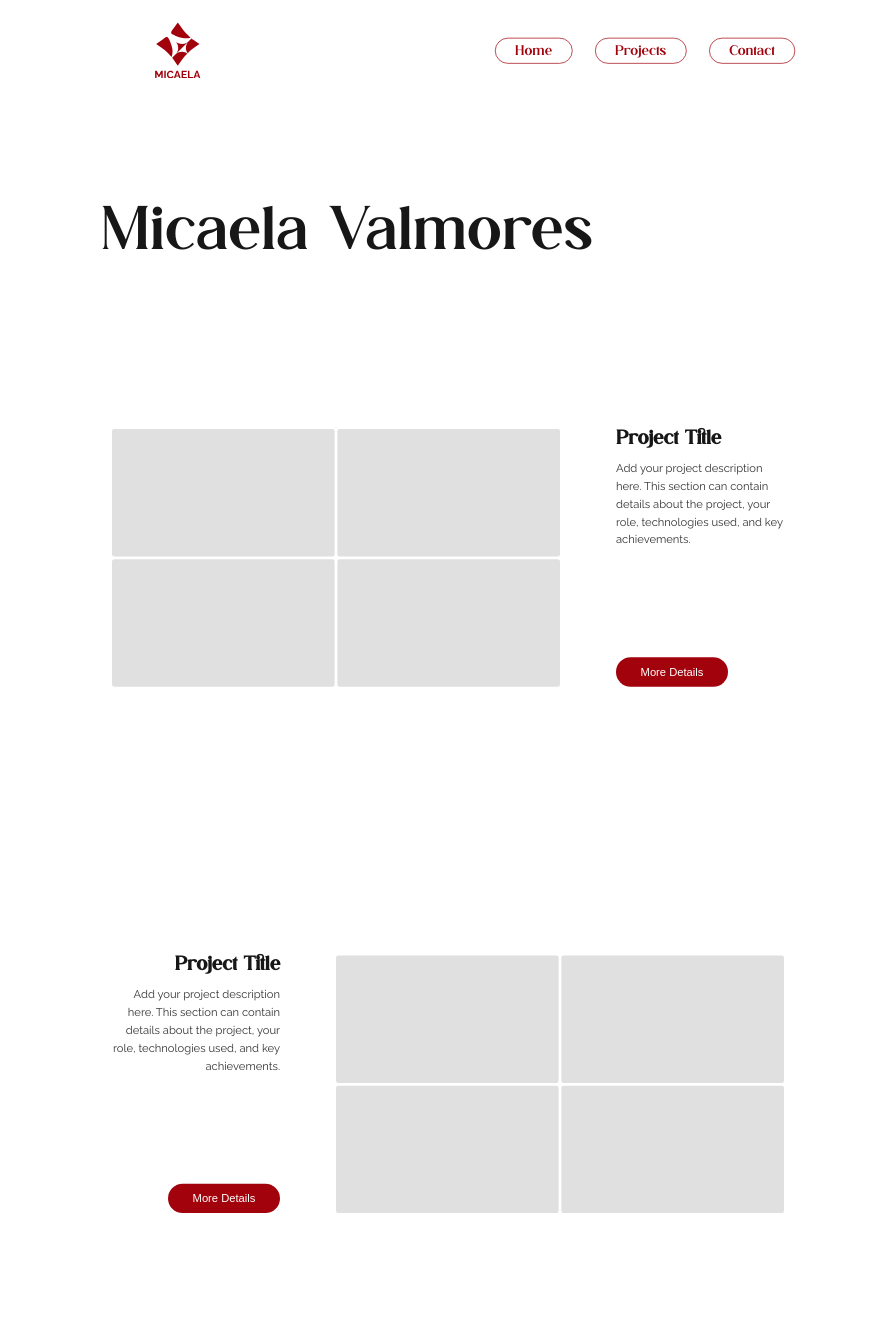
Repository: Micaelavalmores/Micaela-Portfolio
Page: /home-page
An editor plug-in stored every save of this project. The page is shown before and after the next save, followed by the edit.
The browser window is 1280 px wide. The pictures show the part of the page from y = 0 to 1920 px (the page is 3445 px tall before and 3429 px after), at 70% of full size.
The project was rebuilt for these pictures with package versions that can differ from the ones it lists, and the page was loaded fresh each time. The framework's server and built-in components were replaced by stand-ins that run in the browser. Also part of the build but not shown: next.config.mjs.

Above is the page before, as saved 2026-01-27 12:52:48.

### app/layout.js

import { Geist } from "next/font/google";
import { Raleway } from "next/font/google";
import "./globals.css";

const geistSans = Geist({
  variable: "--font-geist-sans",
  subsets: ["latin"],
});

const raleway = Raleway({
  variable: "--font-raleway",
  subsets: ["latin"],
});



export const metadata = {
  title: "Micaela Valmores",
  description: "Generated by create next app",
  icons: {
    icon: "/logos/micaela-logo.svg",
  },
};

export default function RootLayout({ children }) {
  return (
    <html lang="en">
      <body className={`${raleway.variable}`}>
        {children}
      </body>
    </html>
  );
}

### app/home-page/page.js
import Link from 'next/link'
import styles from '../page.module.css'
import FtProj from '../components/FtProj'
import Navbar from '../components/Navbar'

export default function HomePage() {
  return (
    <main className={styles.page}>
      <nav className='Nav-bar'>
        </nav>
      <Navbar />
      <div className={styles['intro-sec']}>
        <h1>Micaela Valmores</h1>
      </div>
      <div className={styles['Proj-sec']}>
        <FtProj reversed={false}/>
        <FtProj reversed={true} />
        <FtProj reversed={false}/>
        <FtProj reversed={true} />
      </div>
    </main>
  )
}

### app/globals.css
:root {
  --background: #ffffff;
  --foreground: #171717;
  --font-ghaista: 'Ghaista', var(--font-raleway);
}

@font-face {
  font-family: 'Ghaista';
  src: url('/fonts/Ghaitsa.ttf') format('truetype');
  font-weight: 400;
  font-style: normal;
  font-display: swap;
}

@media (prefers-color-scheme: dark) {
  :root {
    --background: #0a0a0a;
    --foreground: #ffffff;
  }
}

html,
body {
  max-width: 100vw;
  overflow-x: hidden;
}

body {
  color: var(--foreground);
  background: var(--background);
  font-family: var(--font-raleway);
  -webkit-font-smoothing: antialiased;
  -moz-osx-font-smoothing: grayscale;
}

* {
  box-sizing: border-box;
  padding: 0;
  margin: 0;
}

a {
  color: inherit;
  text-decoration: none;
}

@media (prefers-color-scheme: dark) {
  html {
    color-scheme: dark;
  }
}

/* Horizontal page margins */
body {
  margin-left: 10rem;
  margin-right: 10rem;
}

/* Tablet: screens between iPhone and iPad */
@media (min-width: 430px) and (max-width: 1024px) {
  body {
    margin-left: 4rem;
    margin-right: 4rem;
  }
}

/* iPad Pro 13in — reduce margins to 7rem */
@media (min-width: 1024px) and (max-width: 1366px) {
  body {
    margin-left: 7rem;
    margin-right: 7rem;
  }
}

/* Mobile horizontal margins: any width smaller than 430px */
@media (max-width: 430px) {
  body {
    margin-left: 3rem;
    margin-right: 3rem;
  }
}

### app/page.module.css
.page {
  --background: #ffffff;
  --foreground: #fff;

  --text-primary: #000;
  --text-secondary: #666;



  display: grid;
  grid-template-columns: 1fr;
  min-height: 100vh;
  font-family: var(--font-geist-sans);
  background-color: var(--background);
}

.Proj-sec {
  display: flex;
  flex-direction: column;
  align-items: center;
  gap: 2rem;
  padding: 2rem 0;
  background-color: #ffff;
}

.intro-sec {
  display: flex;
  flex-direction: row;
  align-items: start;
  gap: 1rem;
  padding: 2rem;
  background-color: #ffff;
}

.intro-sec h1 {
  font-size: 5.5rem;
  font-weight: 500;
  margin: 0;
  padding: 7rem 0 0;
  font-family: ghaista;
}

.main {
  display: flex;
  min-height: 100vh;
  width: 100%;
  max-width: 800px;
  flex-direction: column;
  align-items: flex-start;
  justify-content: space-between;
  background-color: var(--foreground);
  padding: 120px 60px;
}

.intro {
  display: flex;
  flex-direction: column;
  align-items: flex-start;
  text-align: left;
  gap: 24px;
}

.intro h1 {
  max-width: 320px;
  font-size: 40px;
  font-weight: 600;
  line-height: 48px;
  letter-spacing: -2.4px;
  text-wrap: balance;
  color: var(--text-primary);
}

.intro p {
  max-width: 440px;
  font-size: 18px;
  line-height: 32px;
  text-wrap: balance;
  color: var(--text-secondary);
}

.intro a {
  font-weight: 500;
  color: var(--text-primary);
}

.ctas {
  display: flex;
  flex-direction: row;
  width: 100%;
  max-width: 440px;
  gap: 16px;
  font-size: 14px;
}

.ctas a {
  display: flex;
  justify-content: center;
  align-items: center;
  height: 40px;
  padding: 0 16px;
  border-radius: 128px;
  border: 1px solid transparent;
  transition: 0.2s;
  cursor: pointer;
  width: fit-content;
  font-weight: 500;
}

a.primary {
  background: var(--text-primary);
  color: var(--background);
  gap: 8px;
}

a.secondary {
  border-color: var(--button-secondary-border);
}

/* Enable hover only on non-touch devices */
@media (hover: hover) and (pointer: fine) {
  a.primary:hover {
    background: var(--button-primary-hover);
    border-color: transparent;
  }

  a.secondary:hover {
    background: var(--button-secondary-hover);
    border-color: transparent;
  }
}

@media (max-width: 600px) {
  .main {
    padding: 48px 24px;
  }

  .intro {
    gap: 16px;
  }

  .intro h1 {
    font-size: 32px;
    line-height: 40px;
    letter-spacing: -1.92px;
  }
}

@media (prefers-color-scheme: dark) {
  .logo {
    filter: invert();
  }

  .page {
    --background: #000;
    --foreground: #000;

    --text-primary: #ededed;
    --text-secondary: #999;

    --button-primary-hover: #ccc;
    --button-secondary-hover: #1a1a1a;
    --button-secondary-border: #1a1a1a;
  }
}

### app/components/FtProj.js
'use client';

import styles from './FtProj.module.css';

/*
  HOW TO USE:
  The FtProj component has two layout states controlled by the reversed prop:
  1. Default (reversed={false}): Images on left, text on right (left-justified)
  2. Reversed (reversed={true}): Text on left (right-justified), images on right

  Layout changes can only be controlled in the backend by passing the reversed prop.
  Users cannot change the layout.

  Usage examples:
  <FtProj /> - Standard layout
  <FtProj reversed={true} /> - Reversed layout
*/

export default function FtProj({ reversed = false }) {
  return (
    <div className={`${styles.container} ${reversed ? styles.reversed : ''}`}>
      {/* Left Column - Text (if reversed) / Images (if standard) */}
      {!reversed ? (
        // Standard: Images on left
        <div className={styles.imagesColumn}>
          <div className={styles.imagePlaceholder}></div>
          <div className={styles.imagePlaceholder}></div>
          <div className={styles.imagePlaceholder}></div>
          <div className={styles.imagePlaceholder}></div>
        </div>
      ) : (
        // Reversed: Text on left
        <div className={styles.textColumn}>
          <div className={styles.textContent}>
            <h2>Project Title</h2>
            <p>Add your project description here. This section can contain details about the project, your role, technologies used, and key achievements.</p>
          </div>
          <button className={styles.projectButton}>More Details</button>
        </div>
      )}

      {/* Right Column - Text (if standard) / Images (if reversed) */}
      {!reversed ? (
        // Standard: Text on right
        <div className={styles.textColumn}>
          <div className={styles.textContent}>
            <h2>Project Title</h2>
            <p>Add your project description here. This section can contain details about the project, your role, technologies used, and key achievements.</p>
          </div>
          <button className={styles.projectButton}>More Details</button>
        </div>
      ) : (
        // Reversed: Images on right
        <div className={styles.imagesColumn}>
          <div className={styles.imagePlaceholder}></div>
          <div className={styles.imagePlaceholder}></div>
          <div className={styles.imagePlaceholder}></div>
          <div className={styles.imagePlaceholder}></div>
        </div>
      )}
    </div>
  );
}

### app/components/Navbar.js
import Link from "next/link";
import Image from "next/image";
import styles from "./Navbar.module.css";

export default function Navbar() {
  return (
    <nav className={styles.navbar}>
      <Link href="/" className={styles.logoContainer}>
        <Image
          src="/logos/logo-name.svg"
          alt="Micaela Valmores"
          width={220}
          height={80}
          priority
        />
      </Link>

      <ul className={styles.navLinks}>
        <li>
          <Link href="/">Home</Link>
        </li>
        <li>
          <Link href="/projects-page">Projects</Link>
        </li>
        <li>
          <Link href="/contact">Contact</Link>
        </li>
      </ul>
    </nav>
  );
}

### app/components/FtProj.module.css
.container {
  width: 60rem;
  height: 25rem;
  display: grid;
  grid-template-columns: 1fr 1fr;
  gap: 5rem;
  padding: 1rem 0;
  margin: 10rem 0;
}

.container.reversed {
  grid-template-columns: 1fr 1fr;
}

.reversed .textContent {
  text-align: right;
}

.reversed .textColumn {
  text-align: right;
}

.reversed .projectButton {
  justify-self: end;
}

.imagesColumn {
  display: grid;
  grid-template-columns: 1fr 1fr;
  gap: 0.2rem;
  width: 40rem;
}

.imagePlaceholder {
  width: 100%;
  height: 100%;
  background-color: #e0e0e0;
  border-radius: 0.2rem;
}

.textColumn {
  display: grid;
  grid-template-rows: 1fr auto;
  gap: 2rem;
}

.textContent {
  display: flex;
  flex-direction: column;
}

.textColumn h2 {
  margin: 0 0 1rem 0;
  font-size: 1.75rem;
  font-family: ghaista;
}

.textColumn p {
  margin: 0;
  line-height: 1.6;
  color: #333;
  font-size: 1rem;
}

.projectButton {
  align-self: start;
  width: 10rem;
  padding: 0.75rem 1.5rem;
  background-color: #A2020C;
  color: #fff;
  border: none;
  border-radius: 5rem;
  font-size: 1rem;
  cursor: pointer;
}

.projectButton:hover {
  background-color: #b62d36;
}

### app/components/Navbar.module.css
.navbar {
  display: flex;
  justify-content: space-between;
  width: 100%;
  align-items: center;
  padding: 2rem 2rem;
  background-color: #ffffff;
  position: sticky;
  top: 0;
  z-index: 1000;
}

.logoContainer {
  display: flex;
  justify-self: start;
}

.logoContainer:hover {
  opacity: 0.8;
}

.navLinks {
  display: flex;
  gap: 2rem;
  list-style: none;
  margin: 0;
  padding: 0;
  align-items: center;
}

.navLinks li {
  margin: 0;
}

.navLinks a {
  text-decoration: none;
  color: #A2020C;
  font-size: 1.25rem;
  font-weight: 500;
  transition: color 0.3s ease;
  position: relative;
  border: solid 1px #A2020C;
  border-radius: 3rem;
  padding: 0.50rem 1.75rem;
  font-family: ghaista;
}

.navLinks a:hover {
  color: #0070f3;
}



.navLinks a:hover::after {
  width: 100%;
}

/* Responsive design */
/* @media (max-width: 768px) {
  .navbar {
    padding: 1rem 1.5rem;
  }

  .navLinks {
    gap: 1.5rem;
  }

  .navLinks a {
    font-size: 0.9rem;
  }
} */

/* @media (max-width: 480px) {
  .navbar {
    padding: 0.75rem 1rem;
  }

  .navLinks {
    gap: 1rem;
  }

  .navLinks a {
    font-size: 0.85rem;
  }
} */

After the next save:
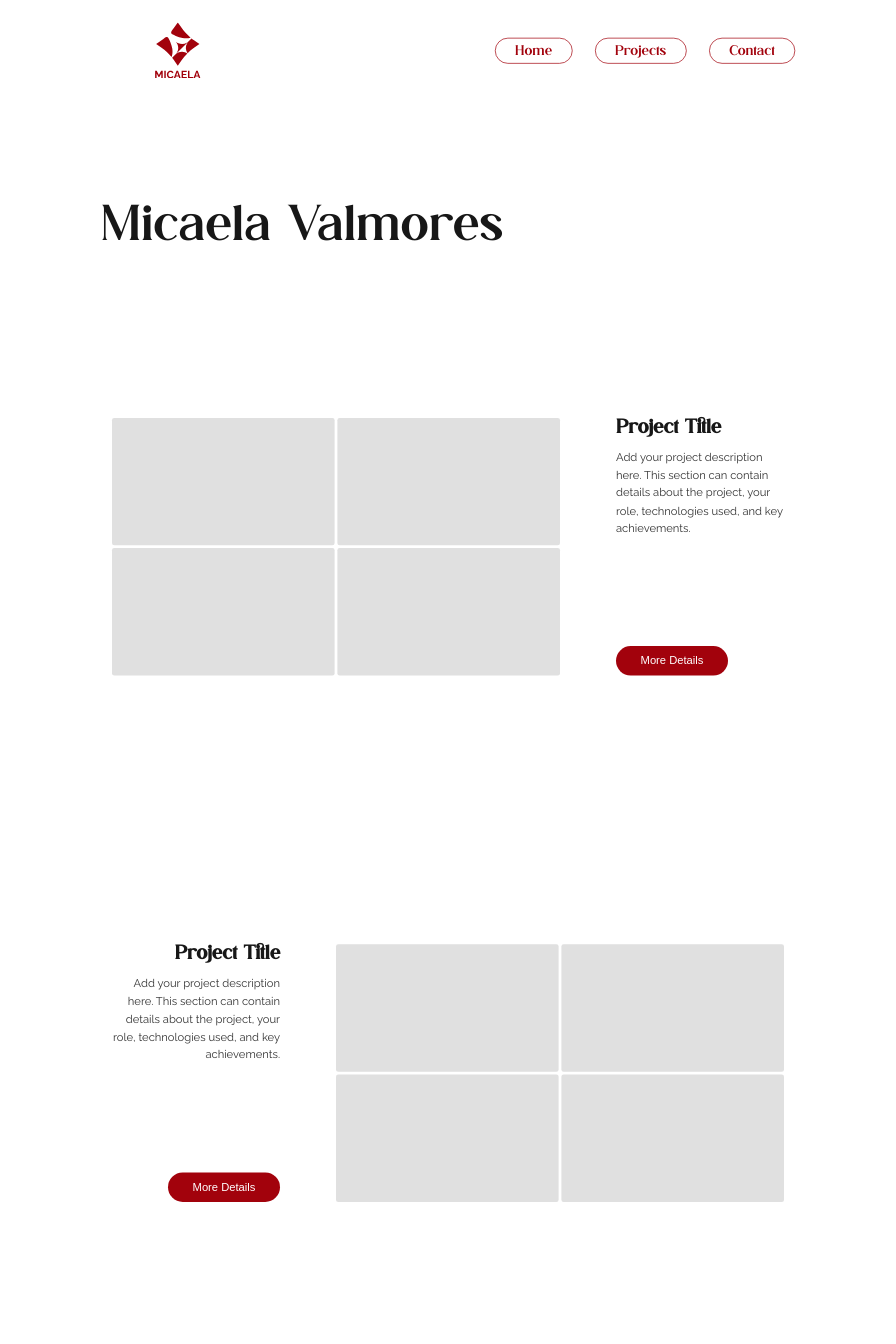
Saved 4 s later.
--- a/app/page.module.css
+++ b/app/page.module.css
@@ -33,7 +33,7 @@
 }
 
 .intro-sec h1 {
-  font-size: 5.5rem;
+  font-size: 4.5rem;
   font-weight: 500;
   margin: 0;
   padding: 7rem 0 0;
